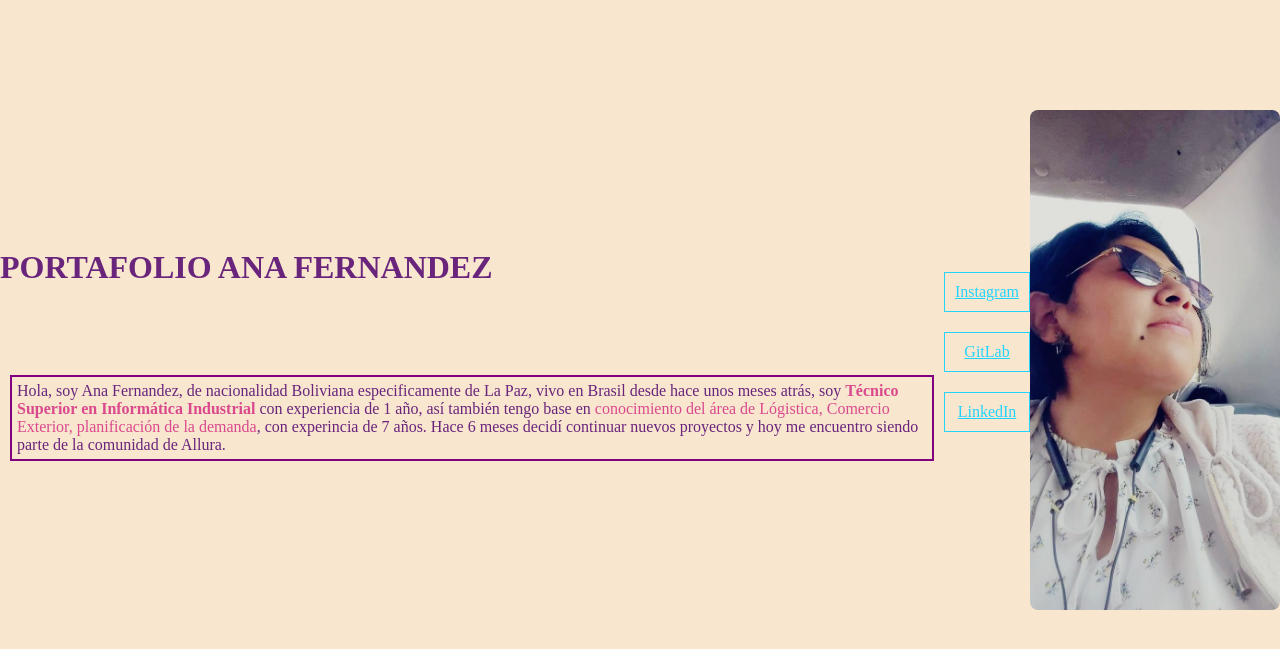
Repository: AnaFzCz/PROYECTOS-HTML---CSS2
Page: Portafolio/index.html
An editor plug-in stored every save of this project. The page is shown before and after the next save, followed by the edit.
The browser window is 1280 px wide. The pictures show the whole page.

Above is the page before, as saved 2025-01-25 06:19:15.

### Portafolio/index.html
<!DOCTYPE html>
<html lang="en">

<head>
    <meta charset="UTF-8">
    <meta http-equiv="X-UA-Compatible" content="IE=edge">
    <meta name="viewport" content="width=device-width, initial-scale=1.0">
    <title>Portafolio</title>
    <link rel="stylesheet" href="style.css">
</head>

<body>
    <header>

    </header>
    <main class="presentacion">
        <div class="container responsivo-container">
            <h1 style="text-align: center;">PORTAFOLIO ANA FERNANDEZ</h1>
            <p>Hola, soy Ana Fernandez, de nacionalidad Boliviana especificamente de La Paz, vivo en Brasil desde hace
                unos meses atrás, soy <strong class="destacar">Técnico Superior en Informática Industrial</strong> con
                experiencia de 1 año, así también tengo base en <span>conocimiento del área de Lógistica, Comercio
                    Exterior, planificación de la demanda</span>, con experincia de 7 años. Hace 6 meses decidí
                continuar nuevos proyectos y hoy me encuentro siendo parte de la comunidad de Allura.</p>
        </div>

        <div class="bloq">
            <a class="bot" href="https://instagram.com/anafzcz">Instagram</a>
            <a class="bot" href="https://github.com/AnaFzCz">GitLab</a>
            <a class="bot" href="https://linkedin.com/in/ana-fernandez-cruz-238787124">LinkedIn</a>
            <br>
            <br>

        </div>
        <div>
            <img src="mindfullness.jpg" alt="myself" style="width:250px;height: 500px;">

        </div>

    </main>
    <footer></footer>
</body>

</html>

### Portafolio/style.css
/*Resetear configuraciones*/
* {
  margin: 0;
  padding: 0;
}

body {
  height: 100vh;
  display: flex;
  box-sizing: border-box;
  justify-content: center;
  align-items: center;
  background-color: #F9E6CF;
  color: #69247C;
  font-family: "papyrus";
}

p {
  margin: 10px;
  border: 2px solid purple;
  padding: 5px;
}

.destacar {
  color: #DA498D;
}

/*contenedor de las columnas*/
.presentacion {
  display: flex;
  align-items: center;
  justify-content: space-between;
}

.container {
  display: flex;
  align-items: center;
  height: 300px;
  /* Altura ajustável conforme necessário */
}

.responsivo-container {
  display: flex;
  flex-direction: row;
  flex-wrap: wrap;
}

span {
  color: #DA498D;
}

a {
  color: #22D4FD;
  border: 1px solid #22D4FD;
  padding: 10px;
  text-align: center;
}

.bot {
  margin-top: 20px;
  display: flex;
  justify-content: center;
}

h1 {
  align-content: center;
}

img {
  border-radius: 8px;
  display: block;
  margin-left: auto;
  margin-right: auto;
}

img:hover {
  transform: scaleX(-1);
}

After the next save:
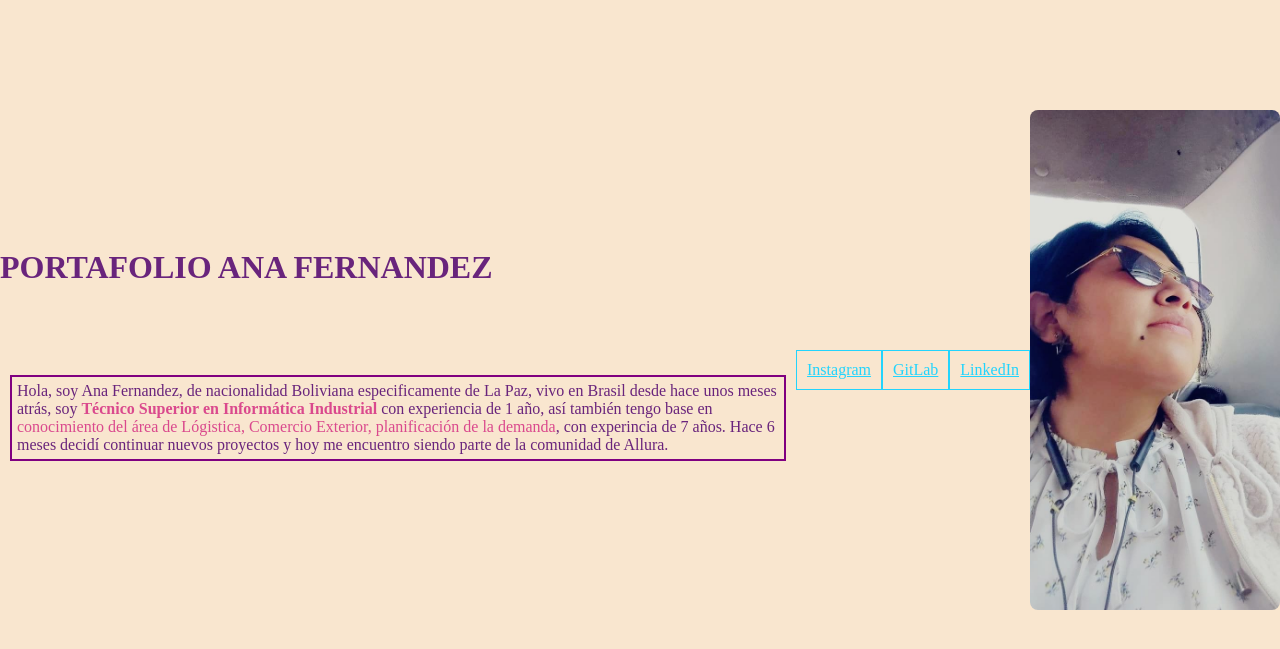
Saved 2 min 7 s later.
--- a/Portafolio/index.html
+++ b/Portafolio/index.html
@@ -23,14 +23,14 @@
                 continuar nuevos proyectos y hoy me encuentro siendo parte de la comunidad de Allura.</p>
         </div>
 
-        <div class="bloq">
-            <a class="bot" href="https://instagram.com/anafzcz">Instagram</a>
-            <a class="bot" href="https://github.com/AnaFzCz">GitLab</a>
-            <a class="bot" href="https://linkedin.com/in/ana-fernandez-cruz-238787124">LinkedIn</a>
-            <br>
-            <br>
 
-        </div>
+        <a class="bot" href="https://instagram.com/anafzcz">Instagram</a>
+        <a class="bot" href="https://github.com/AnaFzCz">GitLab</a>
+        <a class="bot" href="https://linkedin.com/in/ana-fernandez-cruz-238787124">LinkedIn</a>
+        <br>
+        <br>
+
+
         <div>
             <img src="mindfullness.jpg" alt="myself" style="width:250px;height: 500px;">
 
